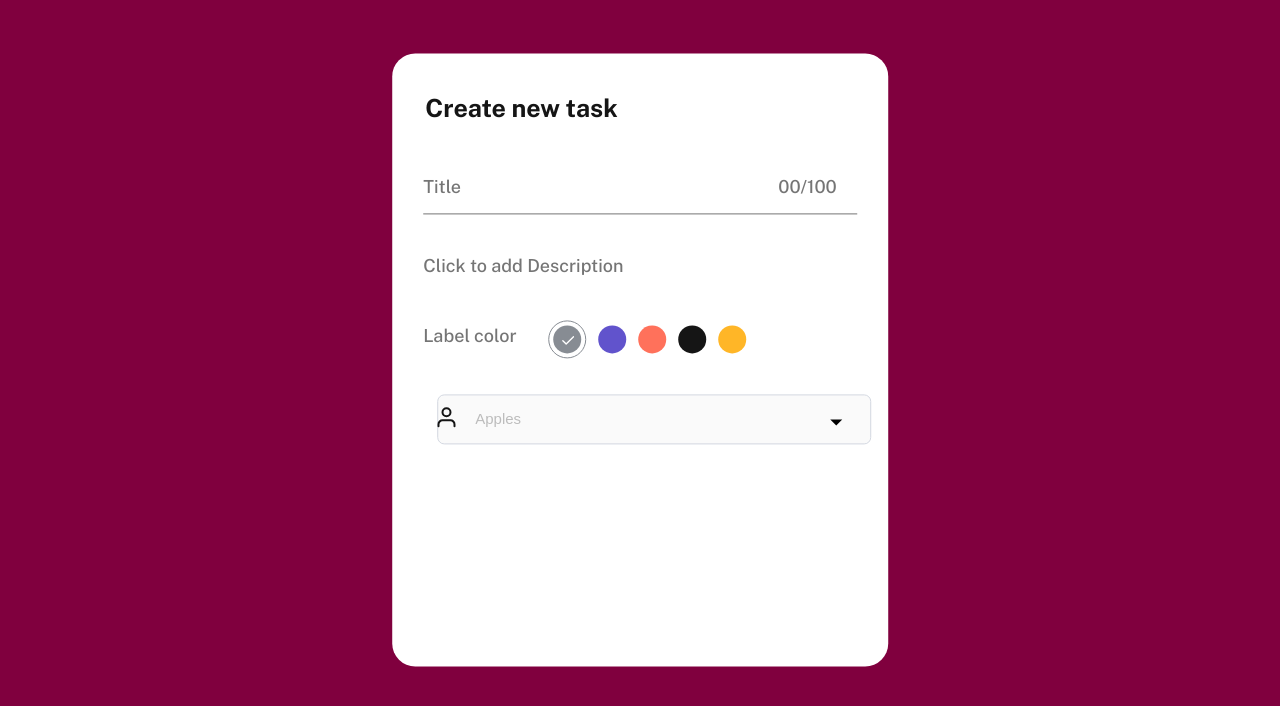
Repository: MorgunovaAlexandra/verstka-form
Page: index.html
The author's editor kept a copy of each file at every save. The page is drawn from the files as they stood at one save, then again after a run of saves.
The browser window is 1280 px wide. The pictures show the whole page.
The style sheet was rebuilt from its Sass, Less or Tailwind sources for each picture, by a compiler version that may differ from the author's.

Above is the page before, as saved 2022-06-24 14:23:01.

### index.html
<!DOCTYPE html>
<html lang="ru">
<head>
    <meta charset="UTF-8">
    <meta http-equiv="X-UA-Compatible" content="IE=edge">
    <meta name="viewport" content="width=device-width, initial-scale=1.0">
    <link rel="stylesheet" href="./css/style.css">
    <title>Document</title>
</head>
<body>
    <div class="wrapper">
       <form class="form">

           <div class="fieldset">
            <legend><b>Create new task</b></legend>
            <div class="form__container __container">
            <div class="text-field">
                <input class="text-field__input" type="text" name="firstname" id="firstname"
                >
                <label class="text-field__label" for="username">Title</label>
                <label class="text-field__label2" for="username">00/100</label>
              </div>
              <div class="form-field__text">Click to add Description</div>
              <div class="form-fied__color field-color">
                  <div class="field-color__text">Label color</div>
                  <div class="field-color__color circle">
                      <div class="circle__border">
                          <div class="circle__color grey">
                              <img class="circle__img" src="./img/done.svg">
                          </div>
                      </div>
                      <div class="circle__color purple"></div>
                      <div class="circle__color red"></div>
                      <div class="circle__color black"></div>
                      <div class="circle__color yellow"></div>
                  </div>
              </div>
              <div class="form-field__select">
                  <div class="select__arrow">
                    <select name="select-category" id="" class="select">
                        <option value="1">Apples</option>
                        <option value="2">Bananas</option>
                        <option value="3">Grapes</option>
                      </select>
                  </div>
              </div>
              </div>
           </div>
        </form>
    </div>
</body>
</html>

### scss/style.scss
@import "variables";
@import "mixins";
@import url('https://fonts.googleapis.com/css2?family=Public+Sans:wght@500;700&display=swap');
body {
   @include vov(rgb(128, 0, 62));
   font-family:$fontFamily ;
   font-weight: $fontWaight;
   line-height: $lineHeight;
   font-size: $fontSize;
   color:$ColorGrey;
}
.__container{
    padding-left: 31px;
    padding-right: 31px;
}
.form{
    width: 495.55px;
    height: 613.21px;
    background-color: white;
    border-radius: 23px;
     box-sizing: border-box;
    position: fixed; top: 50%; left: 50%;
    -webkit-transform: translate(-50%, -50%);
    -ms-transform: translate(-50%, -50%);
    transform: translate(-50%, -50%);
}
legend{
    margin-top: 40px;
    margin-left: 31px;
    font-weight: 700;
    font-size: 25px;
    color:$ColorBlack;
}
.text-field{
    position: relative;
    display: flex;
    justify-content: center;
    margin-top: 46px;
    margin-bottom: 36px;

}
.text-field__input{
    width: 100%;
    height: 40px;
    border: none;
    border-bottom: 1px solid $ColorGrey ;

    }
.text-field__label{
   position: absolute;
   left: 0px;

}
.text-field__label2{
    position: absolute;
    right: 20px;
}
.form-field__text{
    margin-bottom: 38px;
}
.form-fied__color{
    display: flex;
    justify-content: flex-start;
    margin-bottom: 36px;
}
.field-color__text{
margin-right: 32px;
}
.field-color__color{
    display: flex;
   align-items: center;
}

.circle__border{
    position: relative;
    width: 36px;
    height: 36px;
    border-radius: 50%;
    border: 1px solid #878C93;
}
.grey{
    position: absolute;
    width: 28px;
    height: 28px;
    top:4px;
    left: 4px;
    border-color: #878C93;
    border-radius: 50%;
    z-index: 30;

    background-color:
    #878C93;
}
.circle__img{
    position: absolute;
    top:10px;
    left: 8px;
}
.circle__color{
    width: 28px;
    height: 28px;
    border-radius: 50%;
    margin-right:12px ;
}
.purple{
    background-color: #6153CC;
    margin-left: 12px;
}
.red{
    background-color:#FF715B;
}
.black{
    background-color:$ColorBlack;
}
.yellow{
    background-color:#FFB627;
    margin-right:0px ;
}
.select{
    appearance: none;
    border: 1px solid #566789;
    opacity: 26%;
    width: 100%;
    height: 50px;
    border-radius: 7px;
    cursor: pointer;
    padding-left: 37px;
    padding-top: 15px;
    padding-bottom: 16px;
    padding-right: 35px;
    font-size: 15px;
    margin-left: 14px;
}
.select__arrow{
    position: relative;
}
.select__arrow::after{
content: "";
position: absolute;
top:50%;
right: 15px;
transform: translateY(-50%);
display: block;
width: 12px;
height: 6px;

pointer-events: none;

width: 0;
height: 0;
border-style: solid;
border-width: 6px 6px 0 6px;
border-color: #000000 transparent transparent transparent;
border-style: inset;
-webkit-transform:rotate(360deg);


}
.select__arrow::before{
content: "";
position: absolute;
top:20%;
left: 11px;
background: no-repeat url("../img/user.svg");
width: 34px;
height: 30px;
display: block;
z-index: 44;

}

### scss/variables.scss
$bgColor: green;
$fontFamily:'Public Sans', sans-serif;
$fontWaight:500;
$fontSize:18px;
$lineHeight:31.86px;
$ColorBlack:#151515;
$ColorGrey:#757575;

### scss/mixins.scss
@mixin vov($color) {
    font-size: 30px;
    background-color:$color ;
}

After the next 2 saves:
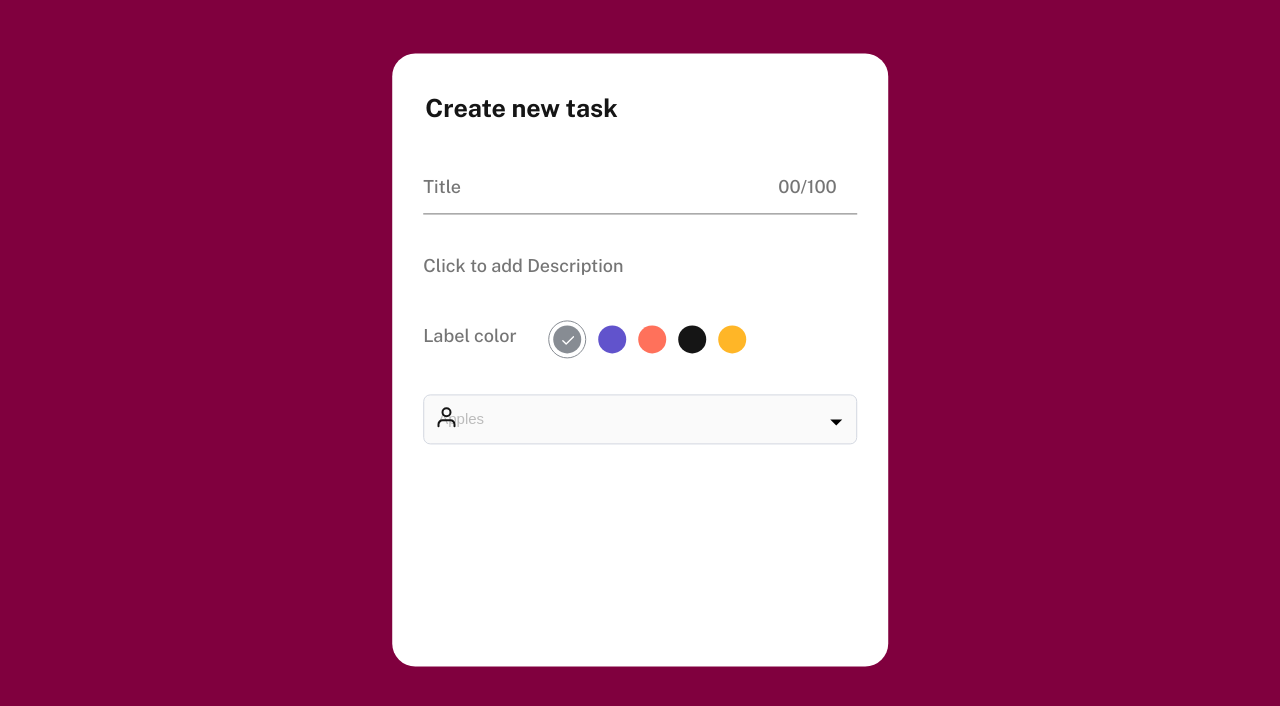
The 2 saves are shown as one change because they came seconds apart.
The last was saved 18 s later.
--- a/scss/style.scss
+++ b/scss/style.scss
@@ -129,7 +129,7 @@ margin-right: 32px;
     padding-bottom: 16px;
     padding-right: 35px;
     font-size: 15px;
-    margin-left: 14px;
+    padding-left: 14px;
 }
 .select__arrow{
     position: relative;
